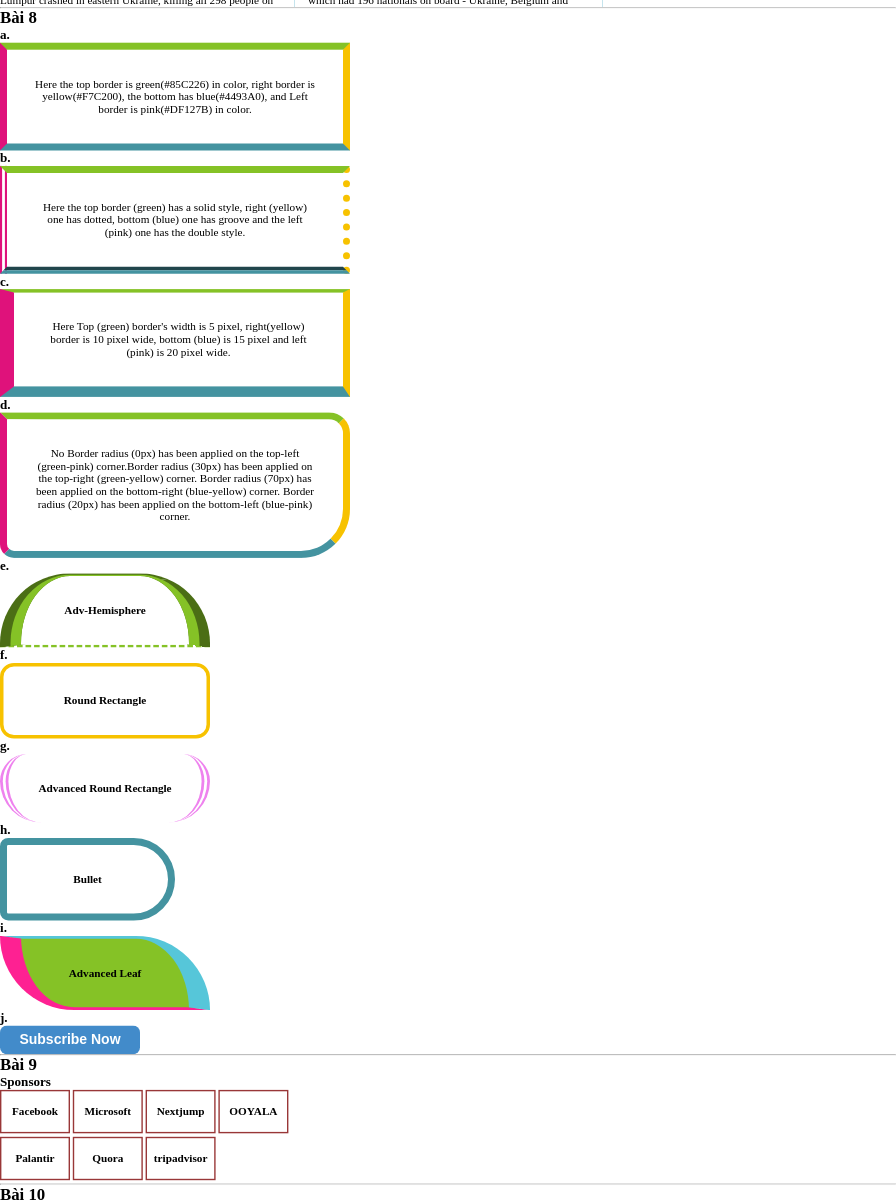
Repository: hoangnguyen1903/STT_21084321_NguyenHuyHoang_DHKHMT17B
Page: html/index.html
The author's editor kept a copy of each file at every save. The page is drawn from the files as they stood at one save, then again after the next save.
The browser window is 1280 px wide. The pictures show the part of the page from y = 2490 to 4410 px (the page is 4210 px tall before and 4410 px after), at 70% of full size.

Above is the page before, as saved 2023-03-03 15:26:16.

After the next save:
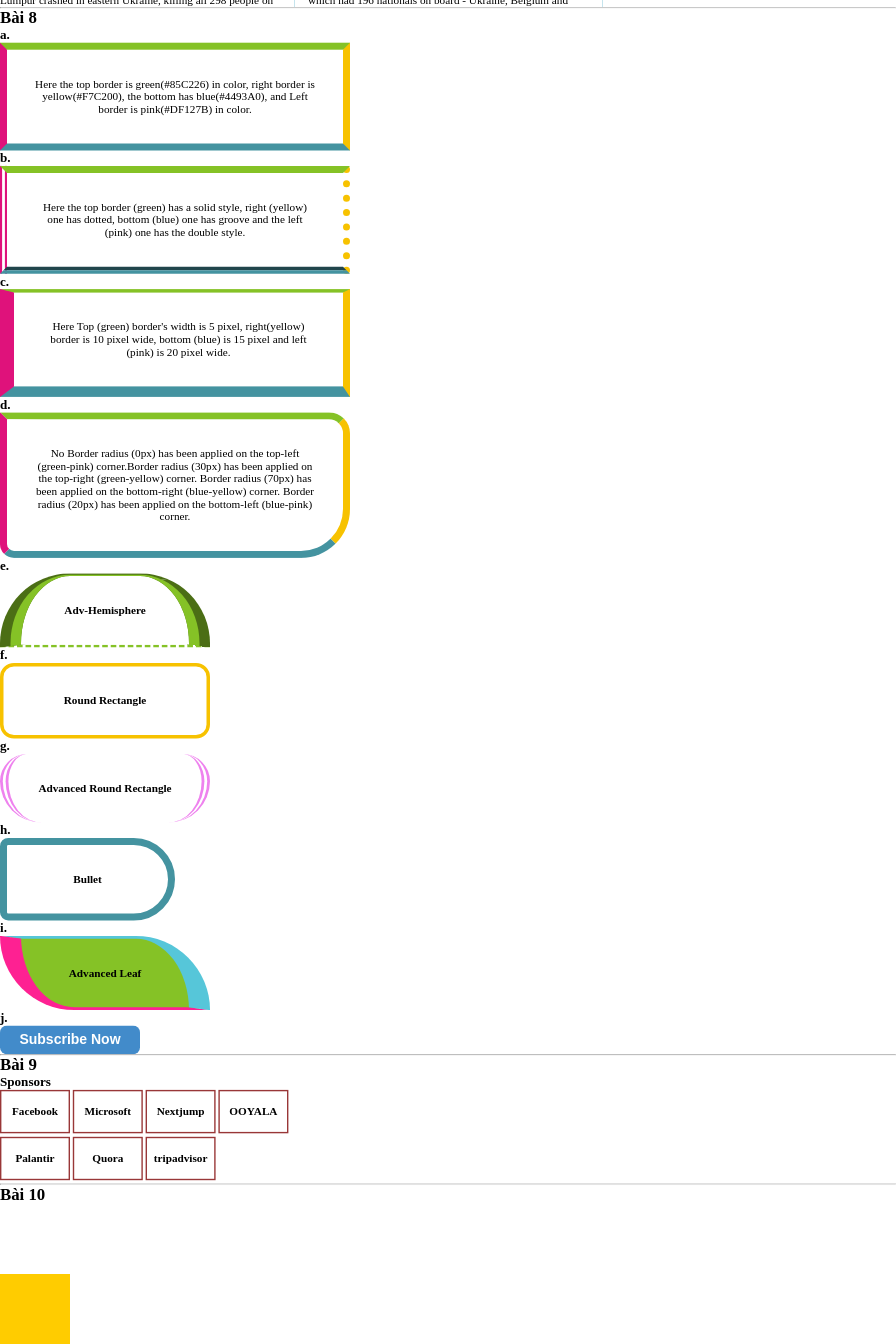
Saved 2 min 28 s later.
--- a/html/index.html
+++ b/html/index.html
@@ -243,6 +243,24 @@
 
       #bai9 > ul > li:hover {
         background-color: #241b1b6e;
+      }
+
+      #bai10 {
+        animation-name: scroll;
+        animation-duration: 5s;
+        animation-iteration-count: infinite;
+        animation-timing-function: ease-in-out;
+        animation-direction: alternate;
+        position: relative;
+      }
+
+      #bai10 > .animated {
+        position: absolute;
+        width: 100px;
+        height: 100px;
+        left: 0px;
+        top: 100px;
+        background: #ffcc00;
       }
     </style>
   </head>
